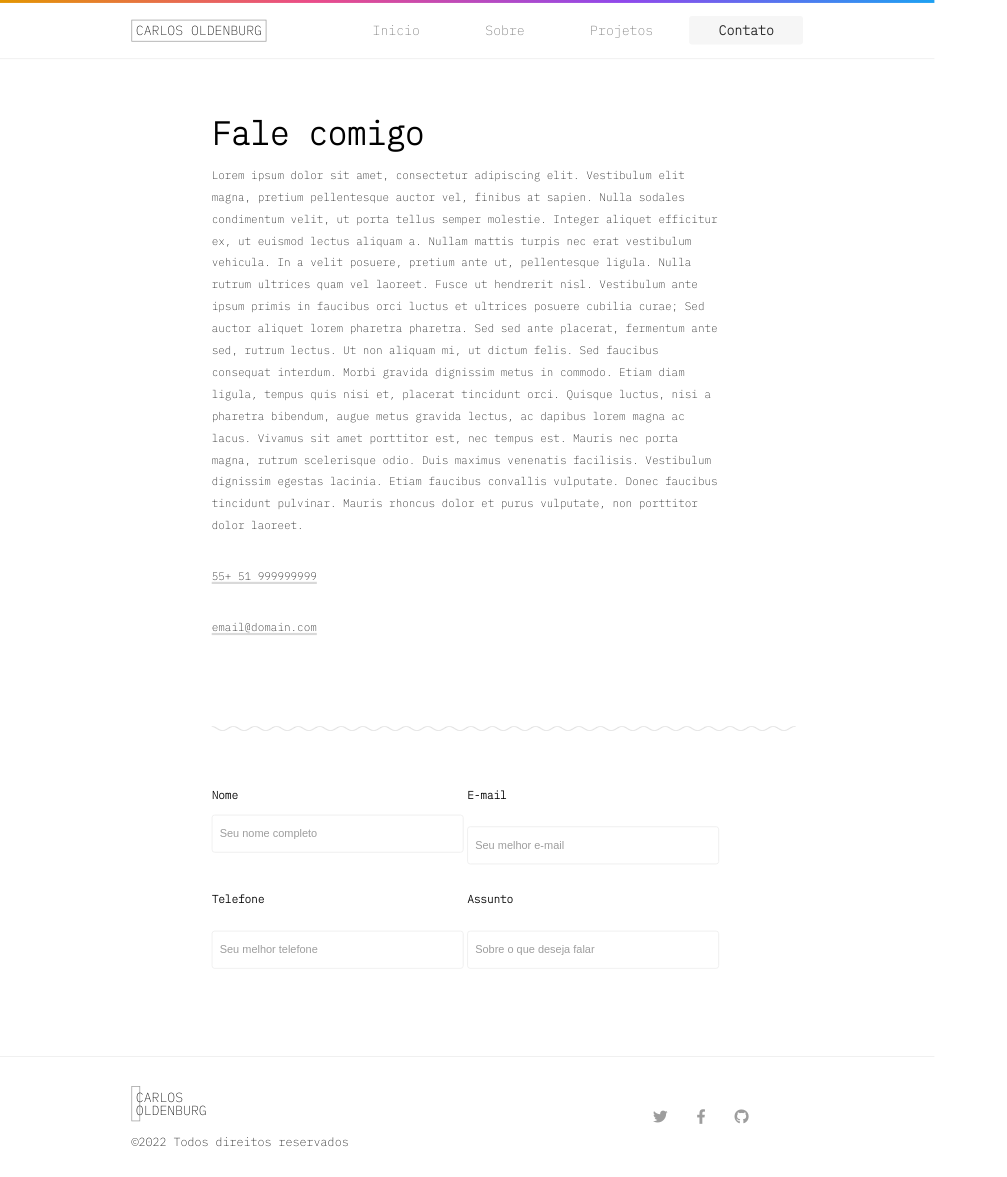
Repository: Carolden/PortfolioCrie
Page: contact.html
An editor plug-in stored every save of this project. The page is shown before and after the next save, followed by the edit.
The browser window is 1280 px wide. The page is 1380 px wide, so the pictures cover 1380 px, including what lies to the right of the window. The pictures show the whole page, at 73% of full size.

Above is the page before, as saved 2023-05-25 13:38:17.

After the next save:
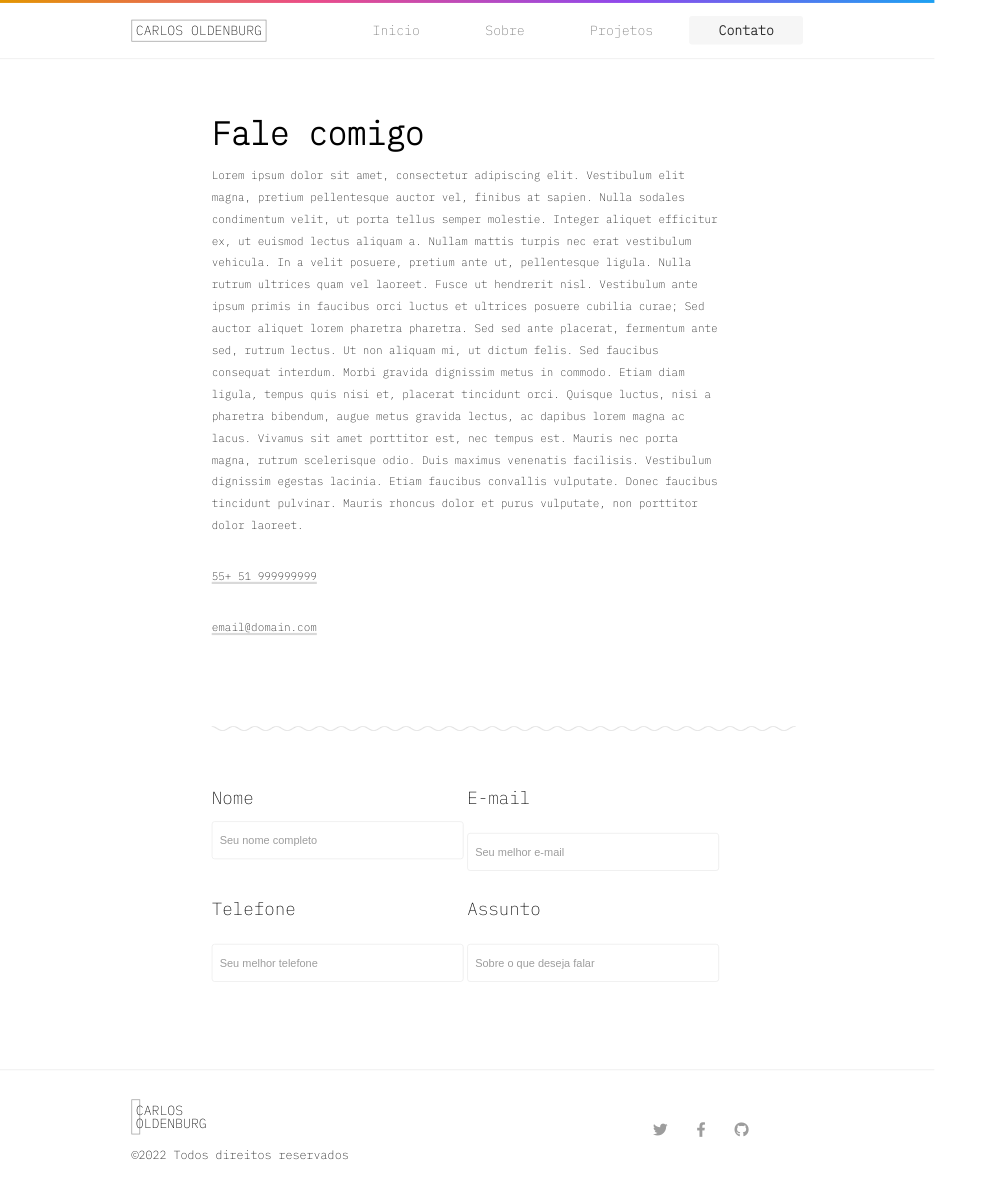
Saved 8 s later.
--- a/styles/components/contact.css
+++ b/styles/components/contact.css
@@ -35,6 +35,6 @@
 
 .label {
     padding: 0 0 20px 0;
-    font-size: 15px;
-    font-weight: 900;
+    font-size: 24px;
+    font-weight: 400;
 }

After the save that followed:
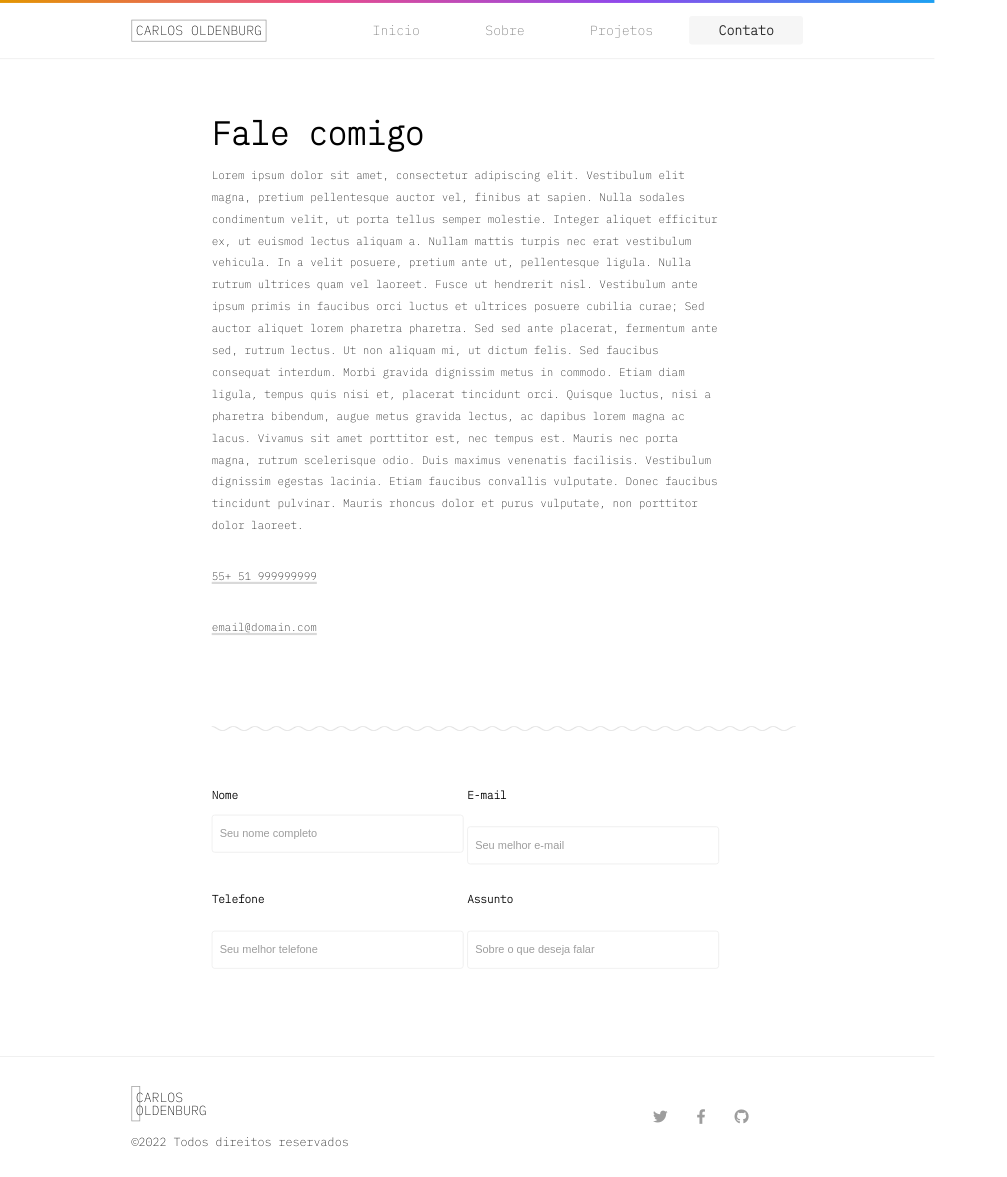
Saved 6 s later.
--- a/styles/components/contact.css
+++ b/styles/components/contact.css
@@ -35,6 +35,6 @@
 
 .label {
     padding: 0 0 20px 0;
-    font-size: 24px;
-    font-weight: 400;
+    font-size: 15px;
+    font-weight: 900;
 }
